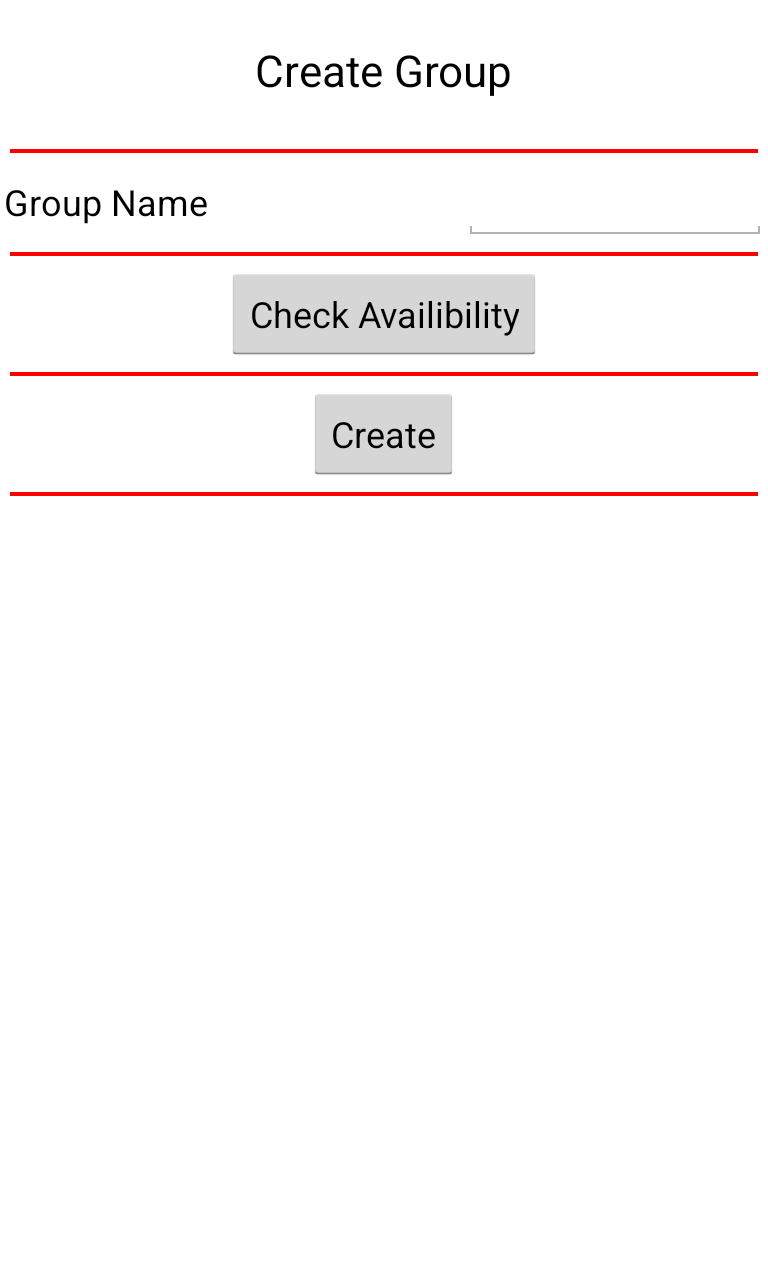
Repository: mansee8/Emergency-Service-Information-Provider
Layout: Emergency Service Information Provider/ESIP/ESIP/res/layout/create_group.xml
These files come from the project's save history. The layout is drawn as it stood at one moment and after the next save; the edit follows.
It is drawn on a 768 x 1280 px phone screen (xhdpi) without system bars, with theme AppTheme; the app's code is not run.

Above is the layout before, as saved 2014-02-27 07:38:03.

After the next save:
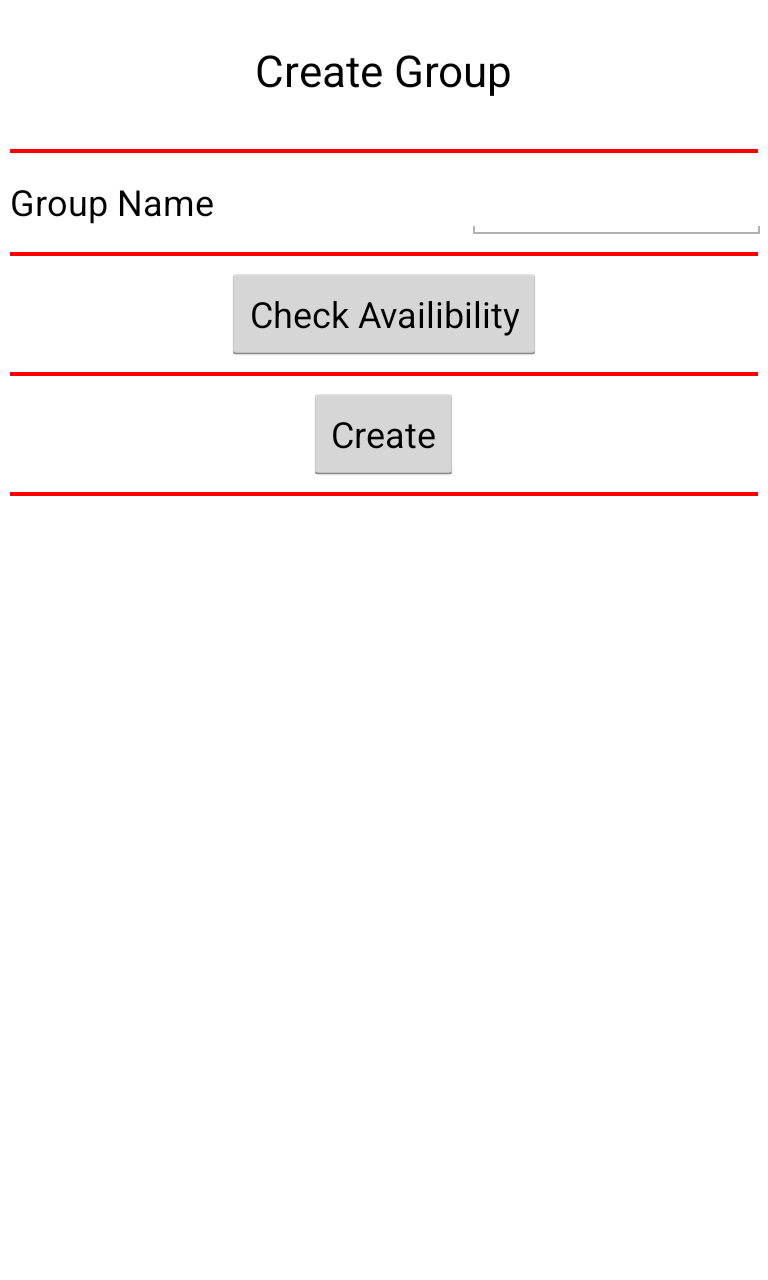
Saved 6 s later.
--- a/Emergency Service Information Provider/ESIP/ESIP/res/layout/create_group.xml
+++ b/Emergency Service Information Provider/ESIP/ESIP/res/layout/create_group.xml
@@ -28,7 +28,7 @@
             android:layout_height="wrap_content"
             android:layout_weight="1"
             android:text="Group Name"
-            android:layout_marginLeft="2dp"
+            android:layout_marginLeft="5dp"
             android:textAppearance="?android:attr/textAppearanceMedium" />
 
         <EditText
